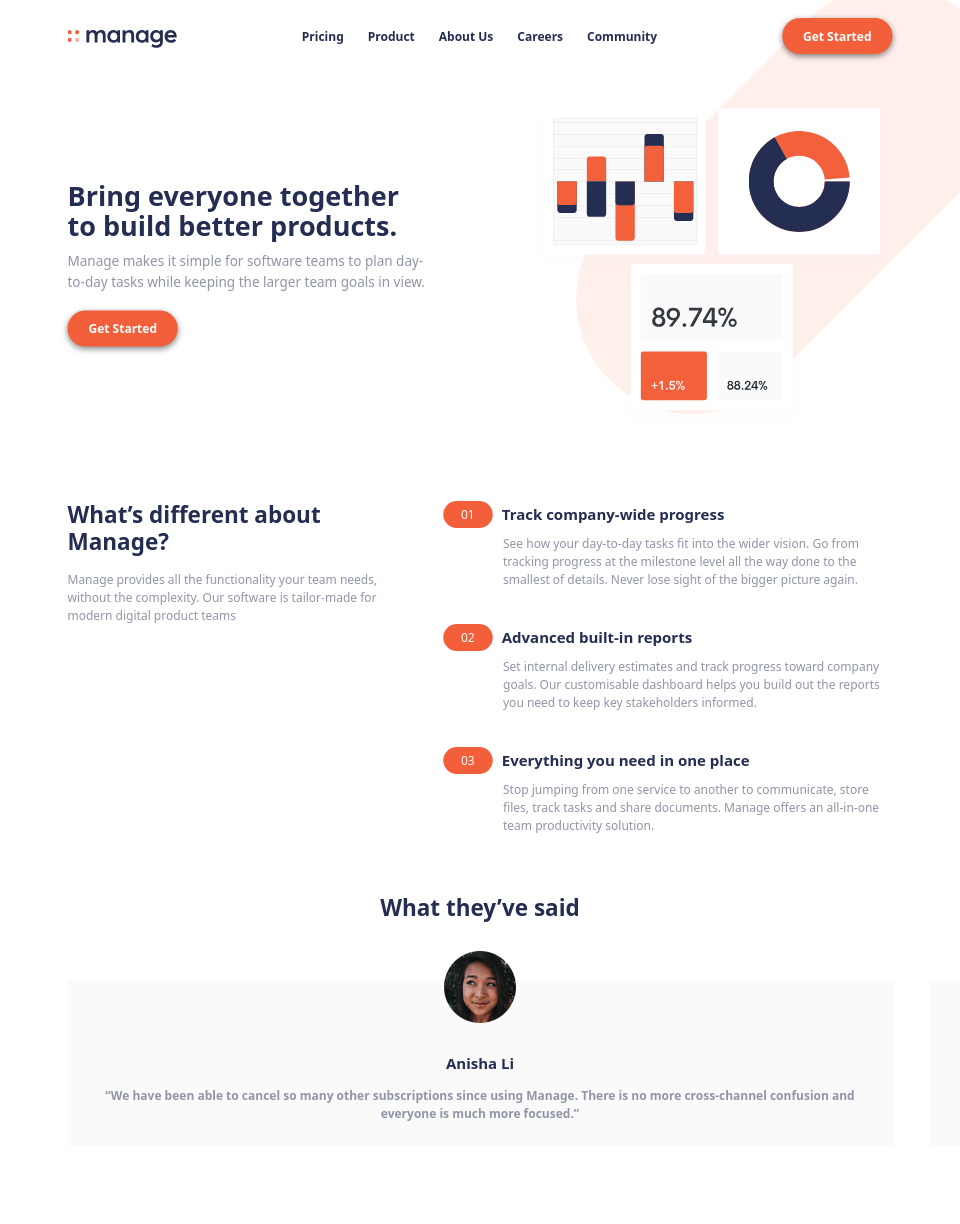
Repository: aqib-01/manage-landing-page
Page: /
These files come from the project's save history. The page is drawn as it stood at one moment and after the next save; the edit follows.
The browser window is 1280 px wide. The pictures show the whole page, at 75% of full size.
The project was rebuilt for these pictures with package versions that can differ from the ones it lists, and the page was loaded fresh each time.

Above is the page before, as saved 2022-05-12 21:58:13.

After the next save:
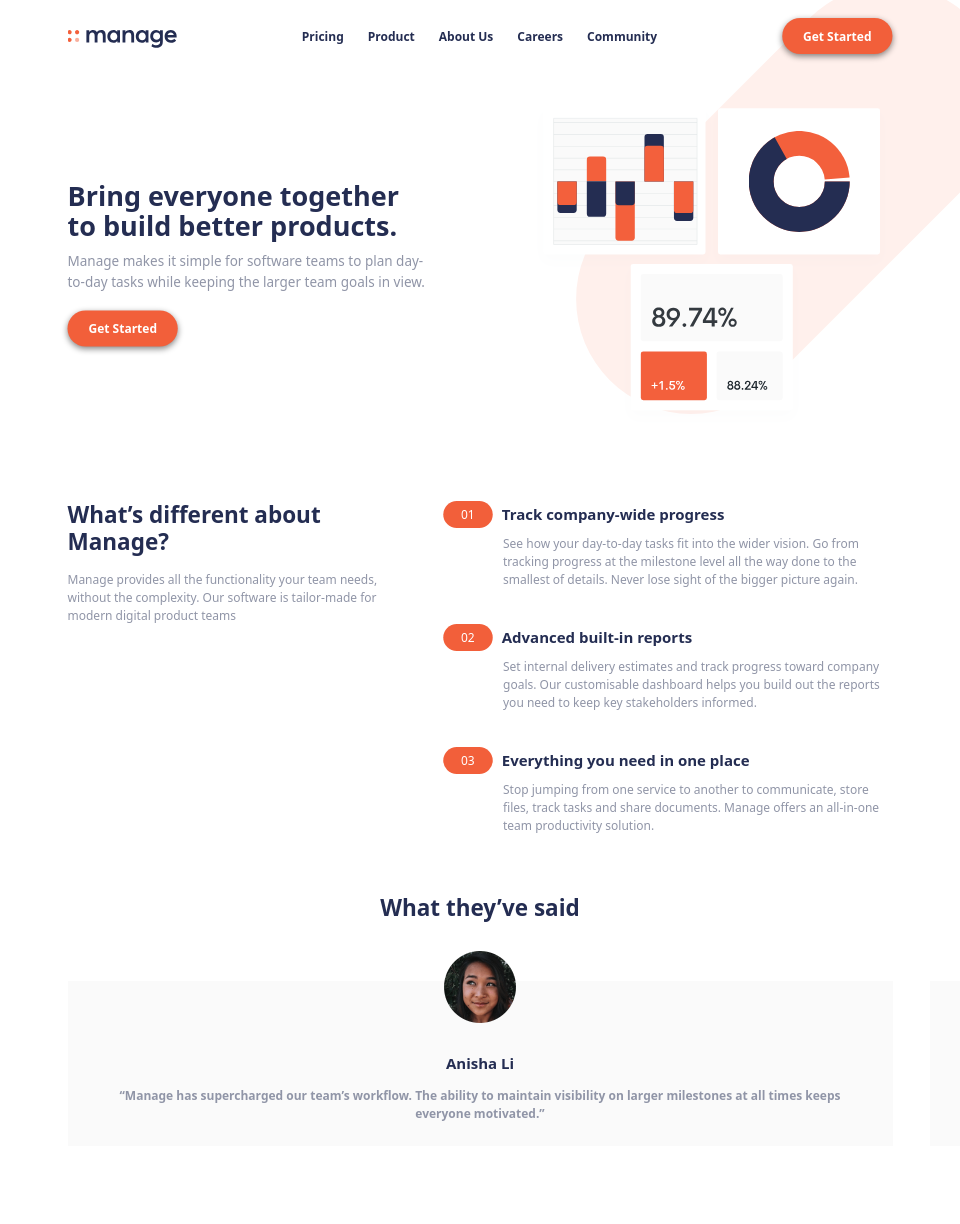
Saved 6 s later.
--- a/src/components/Testimonials.js
+++ b/src/components/Testimonials.js
@@ -40,9 +40,9 @@ const Testimonials = () => {
                   Anisha Li
                 </h5>
                 <p className="mt-4 text-dark-grayish-blue text-center font-semibold">
-                  “We have been able to cancel so many other subscriptions since
-                  using Manage. There is no more cross-channel confusion and
-                  everyone is much more focused.”
+                  “Manage has supercharged our team’s workflow. The ability to
+                  maintain visibility on larger milestones at all times keeps
+                  everyone motivated.”
                 </p>
               </div>
             </div>
